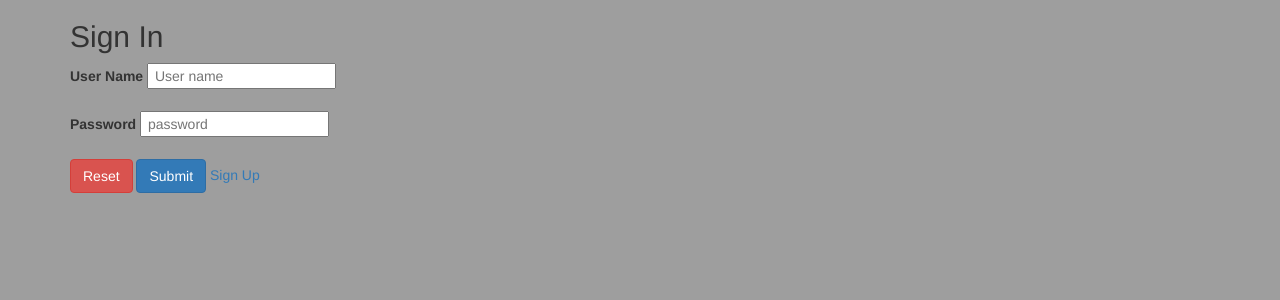
Repository: AravindMarshall/ShoppingCart
Page: http://localhost/Phineas/Login.jsp
The author's editor kept a copy of each file at every save. The page is drawn from the files as they stood at one save, then again after the next save.
The browser window is 1280 px wide. The pictures show the whole page.
The page is served by Tomcat 9.

Above is the page before, as saved 2016-06-13 10:40:48.

After the next save:
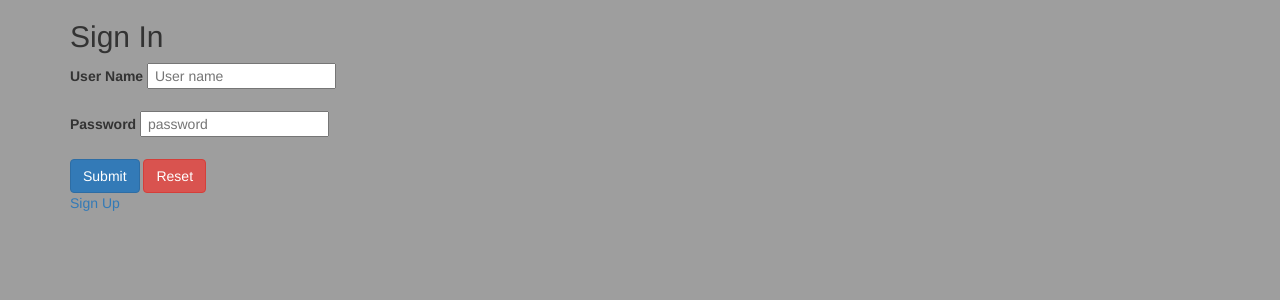
Saved 66 s later.
--- a/NIIT Shopping Cart/Phineas/WebContent/Login.jsp
+++ b/NIIT Shopping Cart/Phineas/WebContent/Login.jsp
@@ -26,8 +26,8 @@
 	<input type = "text" class="userId" name = "userId" placeholder=" User name "><br><br>
 	<label for "Pass">Password</label>
 	<input type = "password" class="password" name = "password" placeholder=" password "><br><br>
-<button type="Reset" class="btn btn-danger">Reset</button>
 <button type="submit" class="btn btn-primary">Submit</button>
+<button type="Reset" class="btn btn-danger">Reset</button><br>
 <a href = "Register.jsp">Sign Up</a>
 </div>
 </form>
